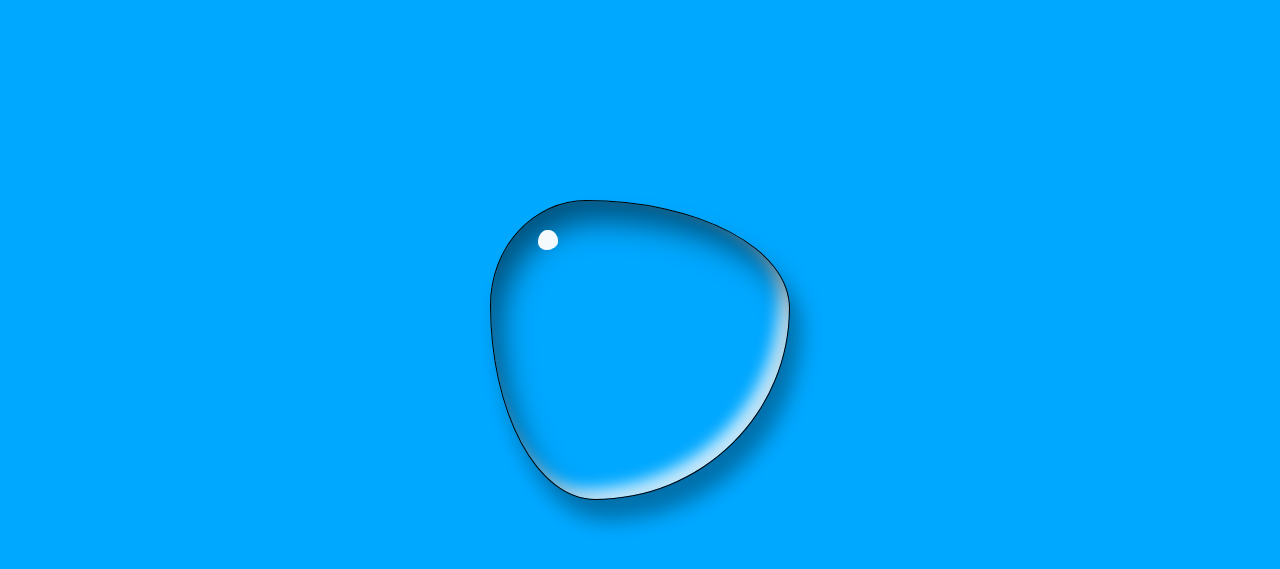
Repository: BlackCat328/CSS_Animation
Page: 52.水滴特效/demo.html
An editor plug-in stored every save of this project. The page is shown before and after a run of saves, followed by the edit.
The browser window is 1280 px wide. The pictures show the whole page.

Above is the page before, as saved 2022-10-31 23:57:25.

After the next 2 saves:
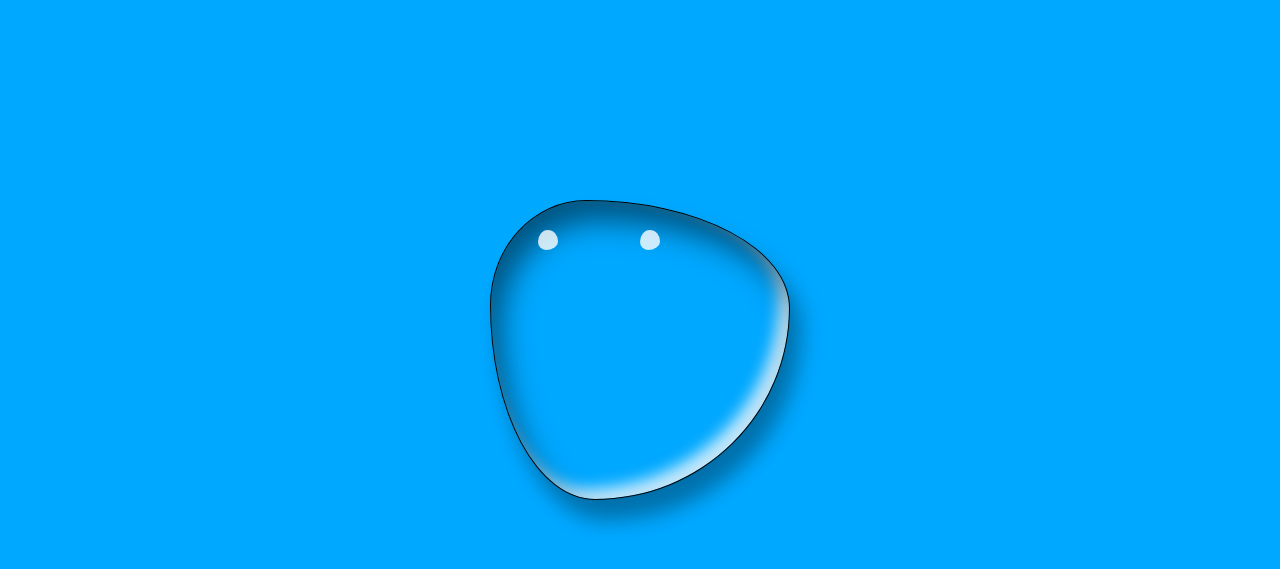
The 2 saves are shown as one change because they came seconds apart.
The last was saved 17 s later.
--- a/52.水滴特效/demo.css
+++ b/52.水滴特效/demo.css
@@ -41,7 +41,7 @@
     height: 20px;
     position: absolute;
     top: 230px;
-    left: 42%;
+    left: 50%;
     background-color: rgba(255, 255, 255, 0.8);
     border-radius: 49% 51% 61% 39% / 59% 56% 44% 41%;
 }
